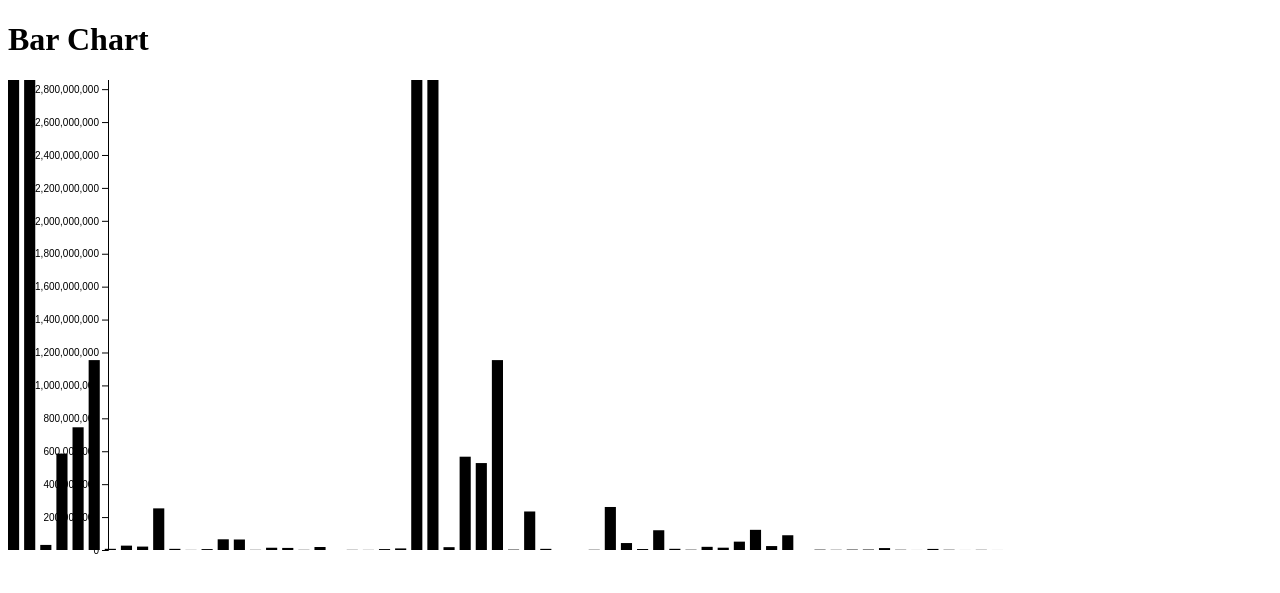
Repository: komalharjani/d3js-visualisation
Page: index.html
An editor plug-in stored every save of this project. The page is shown before and after a run of saves, followed by the edit.
The browser window is 1280 px wide. The pictures show the whole page.

Above is the page before, as saved 2020-04-29 18:29:45.

### index.html
<!DOCTYPE html>
<html lang="en">
<head>
    <meta charset="UTF-8">
    <meta name="viewport" content="width=device-width, initial-scale=1.0">
    <title>Information Visualisation Practical 3</title>
</head>
<body>
    <div id="barChart"></div>
    <h1>Bar Chart</h1>

</body>
<script src="https://d3js.org/d3.v5.min.js"></script>
<script src="index.js"></script>
</html>

### index.js

let dataPath = "data/energy.csv";
d3.csv(dataPath)
        .then(function (data) {

                let finals = [];

                //Filter Data into new object
                for (let i = 0; i < data.length; i++) {
                        if (data[i].region == "Combined" && data[i].year == 1990) {
                                finals.push({
                                        amount: parseInt(data[i].amount),
                                        type: data[i].type,
                                })
                        }
                }
                console.log(finals);

                let width = 1000;
                let height = 500;
                let margin = {
                        top: 20,
                        right: 20,
                        bottom: 20,
                        left: 50
                };
                let barwidth = (width / finals.length);

                //Append to HTML Document
                let svg = d3.select("body")
                        .append("svg")
                        .attr("height", height)
                        .attr("width", width);

                //Scales
                let xscale = d3.scaleLinear()
                        .domain([0, d3.max(finals, d => d.amount)])
                        .range([0, width]);

                let yscale = d3.scaleLinear()
                        .domain([0, d3.max(finals, d => d.amount)])
                        .range([height, 0]);

                // text scales
                // let yscale = d3.scaleBand()
                // .domain(data.map(d => d.type))
                // .range(0, width);

                //Axis

                let y_axis = d3.axisLeft()
                        .scale(yscale);

                svg.append("g")
                        .attr("transform", "translate(100,-30)")
                        .call(y_axis)


                //X Axis
                // let x_axis = d3.axisBottom()
                //         .scale(xscale);
                // let xAxisTranslate = height - 30;
                // svg.append("g")
                //         .attr("transform", "translate(100, " + xAxisTranslate + ")")
                //         .call(x_axis)

                //Barchart
                svg.selectAll("body") //add rectangles to all data
                        .data(finals) //provide finals as dataset
                        .enter()
                        .append("rect")
                        .attr("y", function (d) {
                                return height - xscale(d.amount);
                        })
                        .attr("height", function (d) {
                                return xscale(d.amount);
                        })
                        .attr("width", barwidth - 5)
                        .attr("transform", function (d, i) {
                                let translate = [barwidth * i,-30];
                                return "translate(" + translate + ")";
                        })
                        .attr("fill", 'black');

                // Barchart Text
                // let text = svg.selectAll("text")
                //         .data(finals)
                //         .enter()
                //         .append("text")
                //         .text(function (d) {
                //                 return d.amount;
                //         })
                //         .attr("y", function (d, i) {
                //                 return height - xscale(d.amount) - 2;
                //         })
                //         .attr("x", function (d, i) {
                //                 return barwidth * i - 30;
                //         })

        });

After the next 2 saves:
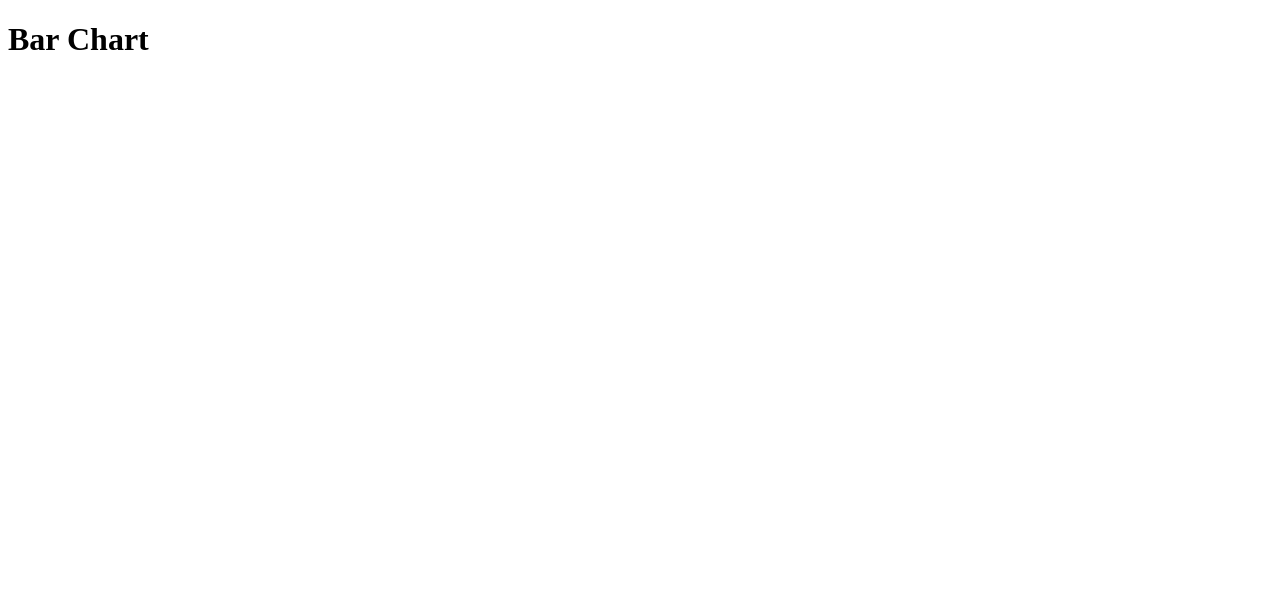
Console error: SyntaxError: Identifier 'yscale' has already been declared
The 2 saves are shown as one change because they came seconds apart.
The last was saved 10 min 45 s later.
--- a/index.js
+++ b/index.js
@@ -41,10 +41,10 @@ d3.csv(dataPath)
                         .domain([0, d3.max(finals, d => d.amount)])
                         .range([height, 0]);
 
-                // text scales
-                // let yscale = d3.scaleBand()
-                // .domain(data.map(d => d.type))
-                // .range(0, width);
+                //text scales
+                let yscale = d3.scaleBand()
+                .domain(data.map(d => d.type))
+                .range(0, width);
 
                 //Axis
 

After the save that followed:
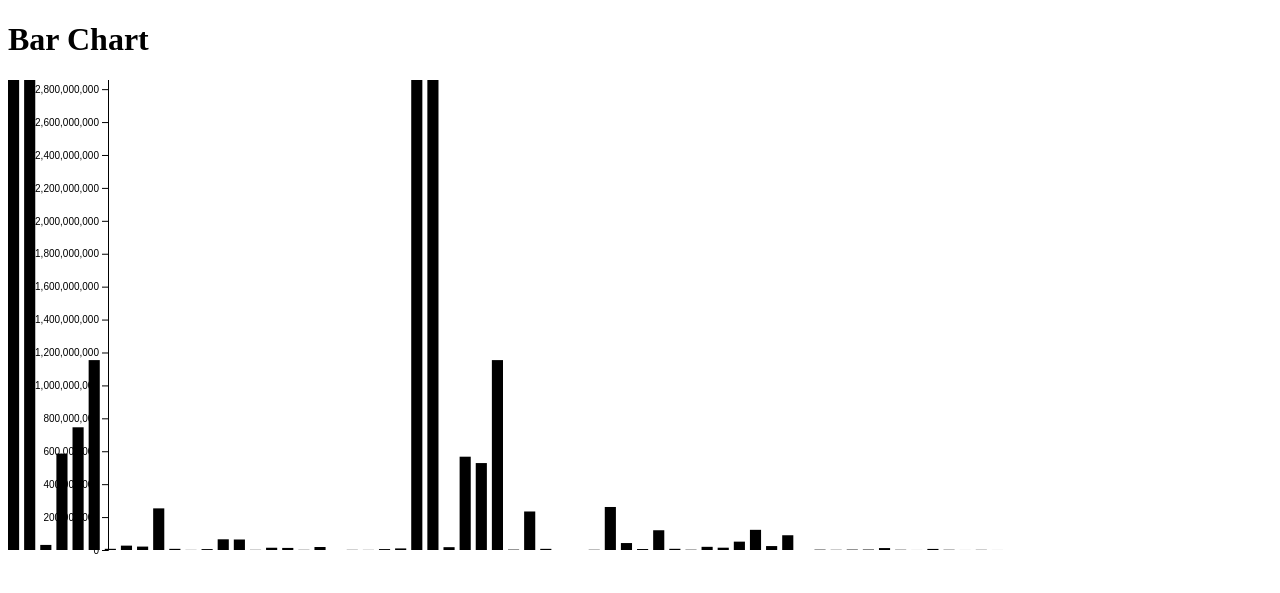
The error is gone.
Saved 8 s later.
--- a/index.js
+++ b/index.js
@@ -42,7 +42,7 @@ d3.csv(dataPath)
                         .range([height, 0]);
 
                 //text scales
-                let yscale = d3.scaleBand()
+                let yscales = d3.scaleBand()
                 .domain(data.map(d => d.type))
                 .range(0, width);
 
